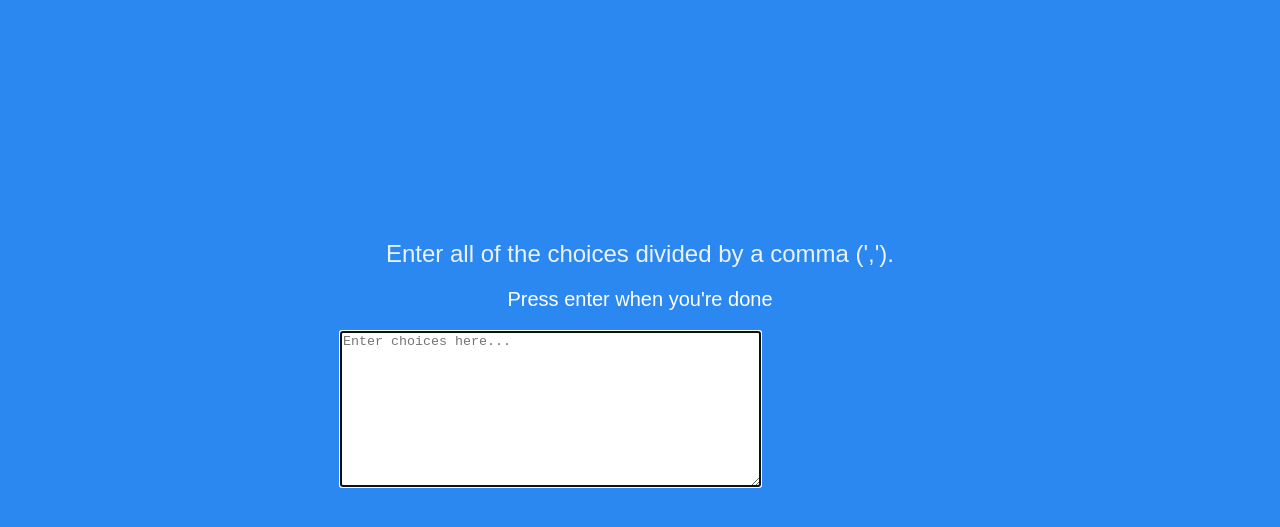
Repository: MMXiaohang/50projects50days-copy
Page: 13-random-choice-picker/1-index.html
The author's editor kept a copy of each file at every save. The page is drawn from the files as they stood at one save, then again after the next save.
The browser window is 1280 px wide. The pictures show the whole page.

Above is the page before, as saved 2022-07-24 09:25:25.

### 13-random-choice-picker/1-index.html
<!DOCTYPE html>
<html lang="en">
<head>
    <meta charset="UTF-8">
    <meta http-equiv="X-UA-Compatible" content="IE=edge">
    <meta name="viewport" content="width=device-width, initial-scale=1.0">
    <link rel="stylesheet" href="./1-style.css">
    <title>Document</title>
</head>
<body>
    <div class="container">
        <p>Enter all of the choices divided by a comma (','). </p>
        <p>Press enter when you're done</p>
        <textarea name="text" id="textarea" cols="50" rows="10" placeholder="Enter choices here..."></textarea>
        <div id="tags"></div>
        <script src="./1-script.js"></script>
    </div>
</body>
</html>

### 13-random-choice-picker/1-style.css
*{
    box-sizing: border-box;
    margin: 0;
}

body {
    font-family: 'Muli', sans-serif;
    background-color: #2b88f0;
    height: 100vh;
    display: flex;
    flex-direction: column;
    justify-content: center;
    align-items: center;
    overflow: hidden;
}

.container {
    width: 600px;
}

.container p{
    color: #fff;
    margin: 10px 0 20px;
    font-size: 20px;
    text-align: center;
}

.container p:first-child {
    font-size: 24px;
    opacity: 0.9;
}

.textarea {
    border: none;
    display: block;
    width: 100%;
    height: 100px;
    font-family: inherit;
    padding: 10px;
    margin: 0 0 20px;
    font-size: 16px;
}

.textarea:focus{
    outline: none;
}

.tag {
    display: inline-block;
    padding: 10px;
    font-size: 14px;
    border-radius: 5px;
    margin: 10px 5px;
    color: #fff;
    background-color:orange;
    outline: 0;
}

### 13-random-choice-picker/1-script.js
const tagsEl = document.getElementById('tags')
const textarea = document.getElementById('textarea')

textarea.focus()


textarea.addEventListener('keyup', e => {
    createTags(e.target.value);
    if(e.key === 'Enter'){
        setTimeout(() => {
            e.target.value = ''
        }, 10)

        randomSelect()
    }
})

const createTags = (input) => {
    const tags = input.split(',').filter(tag => tag.trim() !== '').map(tag => tag.trim())
    tagsEl.innerHTML = ''

    tags.forEach(tag => {
        const tagEl = document.createElement('span')
        tagEl.classList.add('tag')
        tagEl.innerText = tag
        tagsEl.appendChild(tagEl)
    })
}


const randomSelect = () => {

}

After the next save:
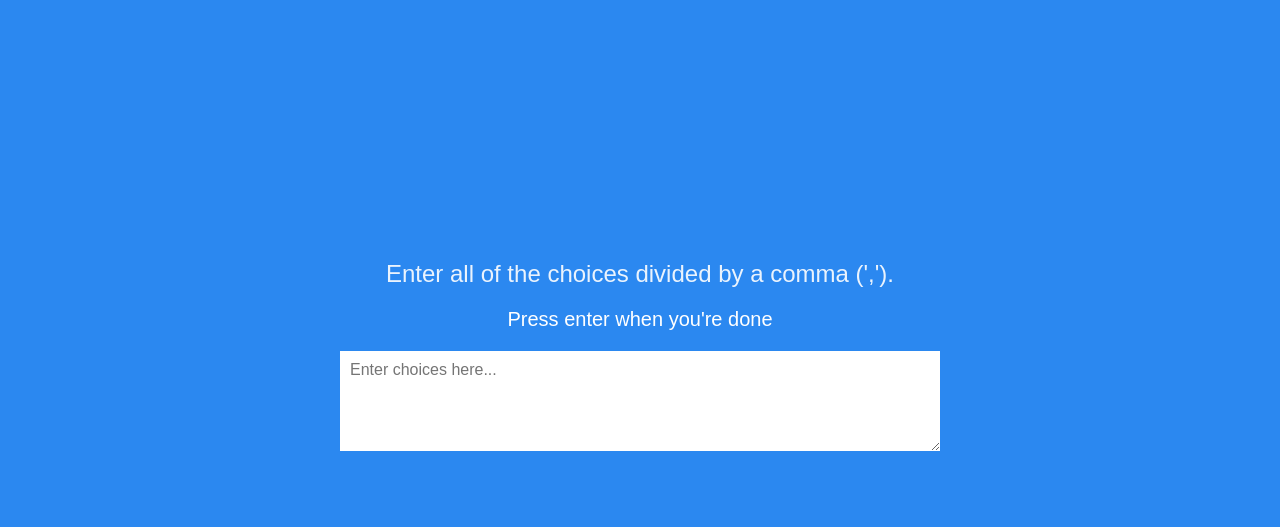
Saved 42 s later.
--- a/13-random-choice-picker/1-style.css
+++ b/13-random-choice-picker/1-style.css
@@ -30,7 +30,7 @@ body {
     opacity: 0.9;
 }
 
-.textarea {
+#textarea {
     border: none;
     display: block;
     width: 100%;
@@ -41,7 +41,7 @@ body {
     font-size: 16px;
 }
 
-.textarea:focus{
+#textarea:focus{
     outline: none;
 }
 
